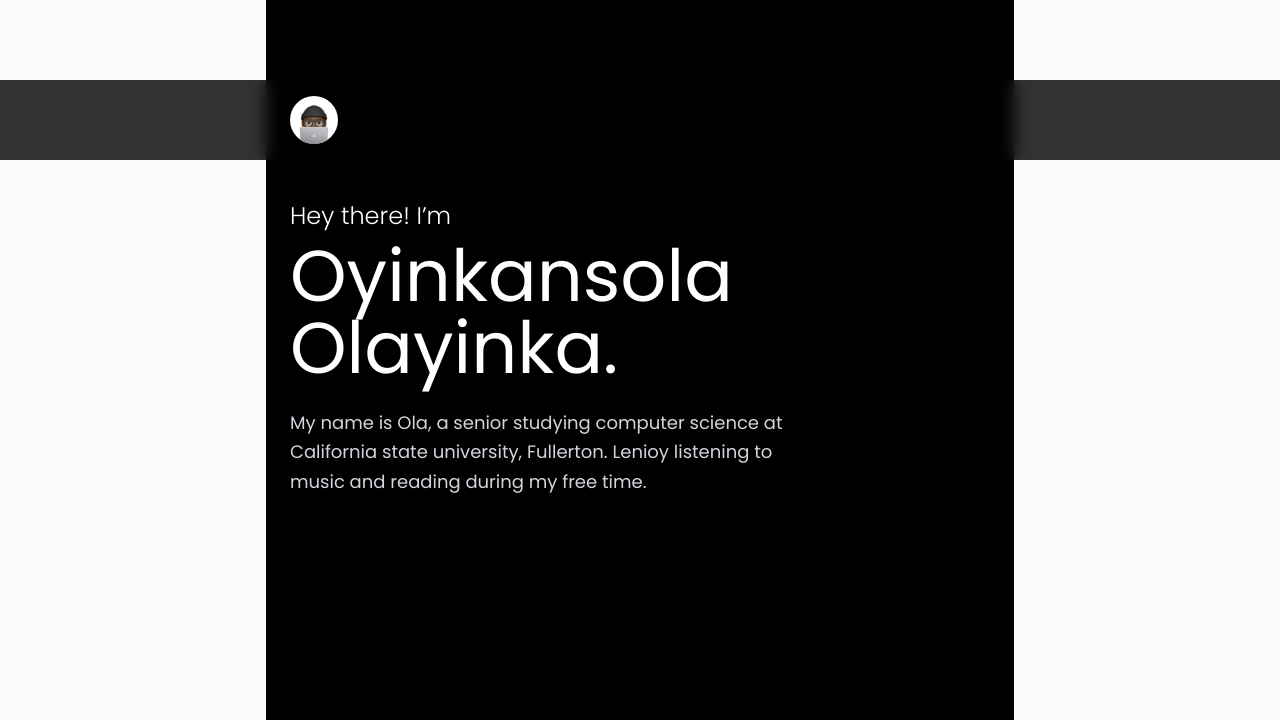
Repository: olasores/olasores-portfolio
Page: /
An editor plug-in stored every save of this project. The page is shown before and after the next save, followed by the edit.
The browser window is 1280 px wide. The pictures show the whole page.
The project was rebuilt for these pictures with package versions that can differ from the ones it lists, and the page was loaded fresh each time. The framework's server and built-in components were replaced by stand-ins that run in the browser. Also part of the build but not shown: next.config.ts.

Above is the page before, as saved 2025-11-11 12:47:38.

### app/layout.tsx
import type { Metadata } from "next";
import { Poppins } from "next/font/google";
import "./globals.css";
import Navbar from "./components/Navbar";

const poppins = Poppins({
  variable: "--font-poppins",
  weight: ["300", "400", "500", "600", "700"],
  subsets: ["latin"],
});

export const metadata: Metadata = {
  title: "Create Next App",
  description: "Generated by create next app",
};

export default function RootLayout({
  children,
}: Readonly<{
  children: React.ReactNode;
}>) {
  return (
    <html lang="en">
      <body
        className={`${poppins.variable} antialiased`}
      >
        <Navbar />
        {children}
      </body>
    </html>
  );
}

### app/page.tsx
import Image from "next/image";
import HomeSection from "./components/HomeSection";
import Portfolio from "./components/Portfolio";

export default function Home() {
  return (

    <div className="flex min-h-screen items-center justify-center bg-zinc-50 font-sans dark:bg-black">
      <HomeSection />
      <Portfolio />
    </div>
  );
}

### app/globals.css
@import "tailwindcss";

* {
  font-family: 'Poppins', sans-serif;
}

:root {
  --background: #ffffff;
  --foreground: #171717;
}

@media (prefers-color-scheme: dark) {
  :root {
    --background: #0a0a0a;
    --foreground: #ededed;
  }
}

body {
  background: var(--background);
  color: var(--foreground);
}

### app/components/Navbar.tsx
export default function Navbar() {
    return (
        <nav className="fixed top-20 left-0 right-0 bg-black/80 backdrop-blur-sm px-6 py-4 z-50 flex justify-center">
            <div className="max-w-[700px] w-full flex items-center justify-between">
                {/* Logo */}
                <div className="relative w-12 h-12 rounded-full bg-white overflow-hidden flex items-center justify-center">
                    <img
                        src="/assets/olaimg2.webp"
                        alt="Oyinkansola Olayinka Logo"
                        className="w-full h-full object-cover"
                    />
                </div>

                {/* Links */}
                {/* <div className="flex gap-8 text-white">
                    <a href="#" className="hover:text-gray-400 transition">
                        Github ↗
                    </a>
                    <a href="#" className="hover:text-gray-400 transition">
                        linkedin ↗
                    </a>
                    <a href="#" className="hover:text-gray-400 transition">
                        Resume ↗
                    </a>
                </div> */}
            </div>
        </nav>
    );
}

### app/components/HomeSection.tsx


export default function HomeSection() {
    return (
        <div className="flex min-h-screen justify-center bg-black font-sans dark:bg-black px-6 py-5 pt-50">
            <div className="max-w-[700px] w-full flex flex-col gap-12">
                {/* Text content */}
                <div className="flex flex-col gap-6 items-center md:items-start">
                    <div>
                        <h2 className="text-xl md:text-2xl font-light text-white mb-2">
                            Hey there! I&rsquo;m
                        </h2>
                        <h1 className="text-5xl md:text-7xl  text-white">
                            Oyinkansola Olayinka.
                        </h1>
                    </div>

                    <p className="text-base md:text-lg text-gray-300 leading-relaxed max-w-lg">
                        My name is Ola, a senior studying computer science at California state university, Fullerton. Lenioy listening to music and reading during my free time.
                    </p>

                    {/* Links */}
                    {/* <div className="flex gap-6 text-lg md:text-xl text-white">
                        <a href="#" className="hover:text-gray-400 transition">
                            Github ↗
                        </a>
                        <a href="#" className="hover:text-gray-400 transition">
                            linkedin ↗
                        </a>
                        <a href="#" className="hover:text-gray-400 transition">
                            Resume ↗
                        </a>
                    </div> */}
                </div>
            </div>
        </div>
    );
}

### app/components/Portfolio.tsx
export default function Portfolio() {
    return (
        <div>

        </div>

    );
}

After the next save:
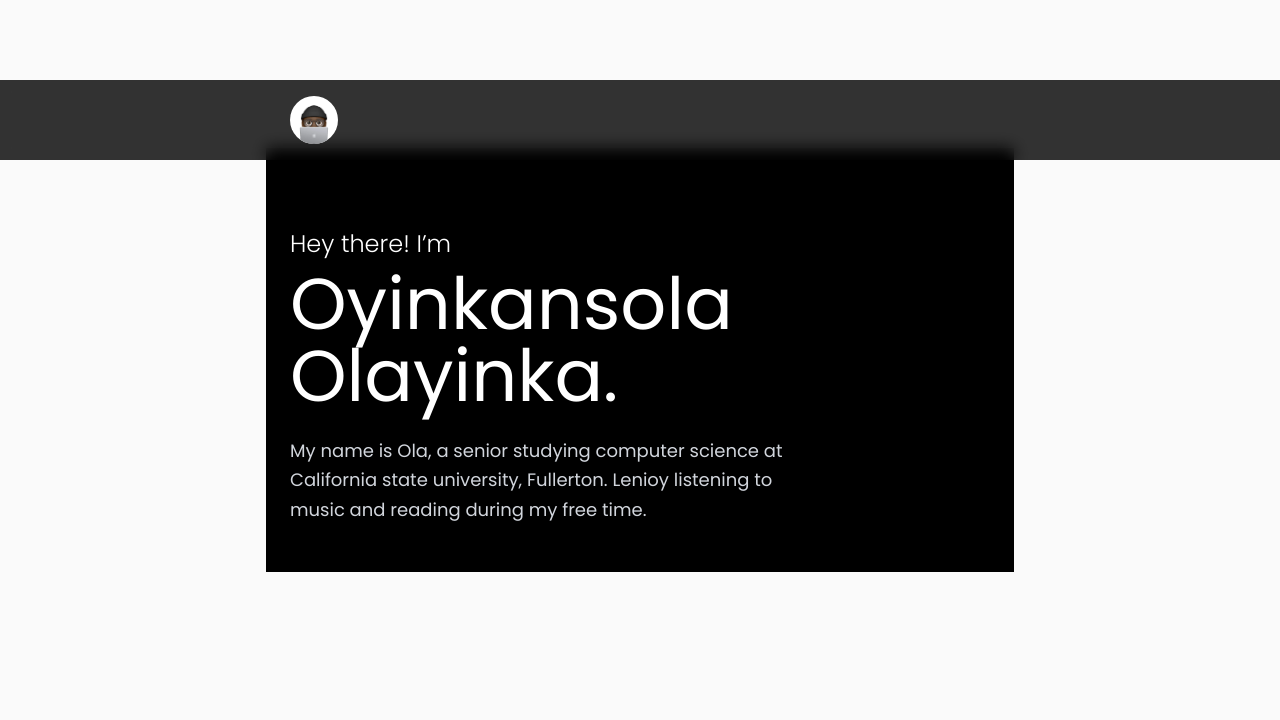
Saved 58 s later.
--- a/app/components/HomeSection.tsx
+++ b/app/components/HomeSection.tsx
@@ -2,7 +2,7 @@
 
 export default function HomeSection() {
     return (
-        <div className="flex min-h-screen justify-center bg-black font-sans dark:bg-black px-6 py-5 pt-50">
+        <div className="flex justify-center bg-black font-sans dark:bg-black px-6 py-12 pt-20">
             <div className="max-w-[700px] w-full flex flex-col gap-12">
                 {/* Text content */}
                 <div className="flex flex-col gap-6 items-center md:items-start">
